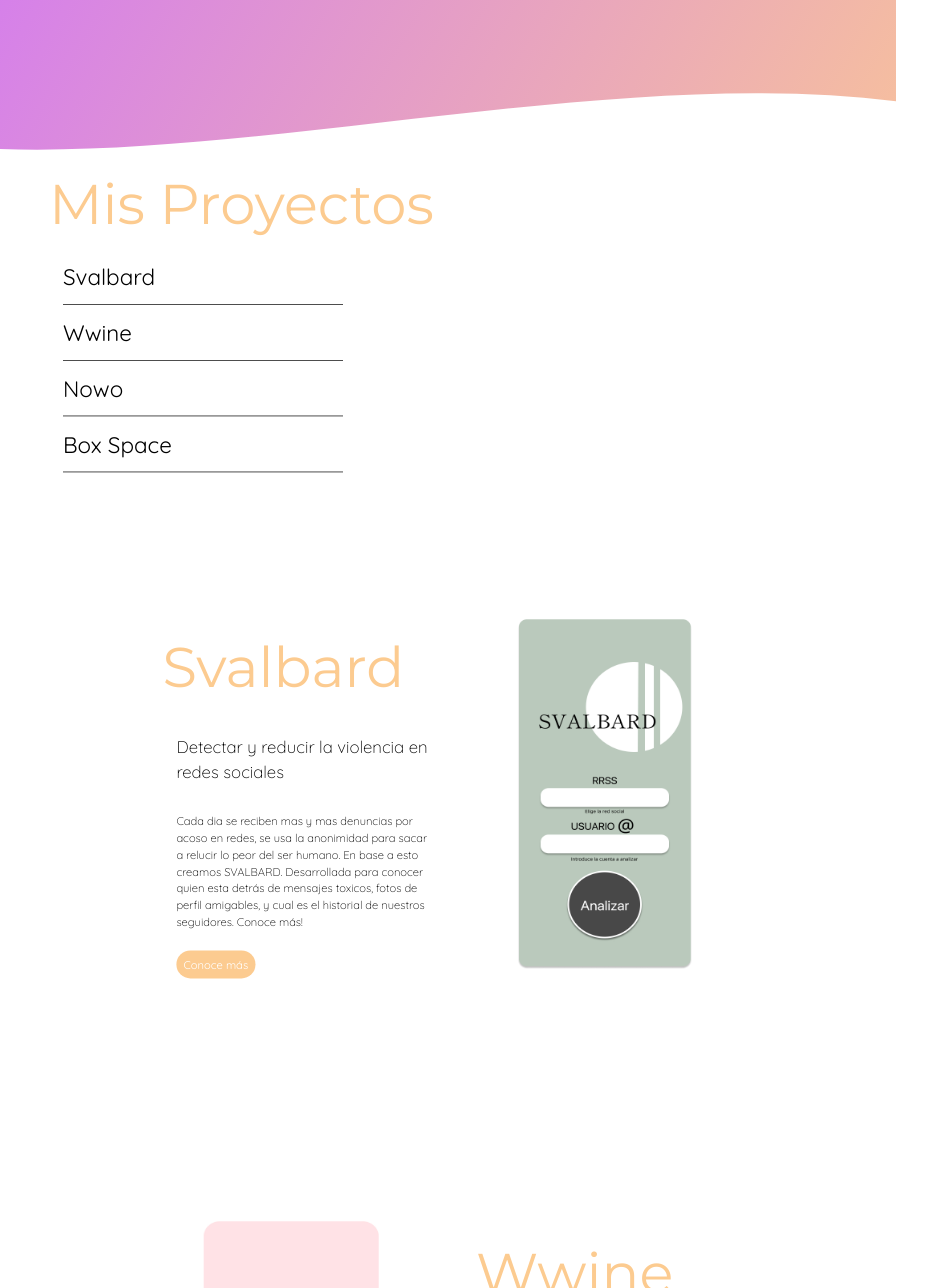
Repository: Marilyncabirta/portfolioHTML
Page: index.html
The author's editor kept a copy of each file at every save. The page is drawn from the files as they stood at one save, then again after the next save.
The browser window is 1280 px wide. The page is 1330 px wide, so the pictures cover 1330 px, including what lies to the right of the window. The pictures show the part of the page from y = 774 to 2614 px (the page is 5182 px tall before and 5168 px after), at 70% of full size.
Backgrounds fixed to the window are drawn as part of the page. Some web libraries are served in a nearby version.

Above is the page before, as saved 2022-12-16 12:17:21.

### index.html
<!DOCTYPE html>
<html lang="es">
<head>
    <meta charset="UTF-8">
    <meta name="viewport" content="width=device-width, initial-scale=1.0">
    <title>Portafolio AlexCG</title>
    <link rel="stylesheet" href="css/normalize.css">
    <link rel="stylesheet" href="css/estilos.css">
    <link rel="preconnect" href="https://fonts.googleapis.com">
<link rel="preconnect" href="https://fonts.gstatic.com" crossorigin>
<link href="https://fonts.googleapis.com/css2?family=Montserrat:wght@100;400;700&family=Quicksand:wght@300;400&display=swap" rel="stylesheet">
</head>


<body>

    <header class="hero">
        <div class="contenedor">
            <nav class="nav">
                <a href="" class="nav__items nav__items--cta">Proyectos</a>
                <a href="" class="nav__items">Sobre mí</a>
                <a href="" class="nav__items">Contáctame</a>
            </nav>

            <section class="hero__contenedor">
                <div class="hero__texts">
                    <h1 class="hero__title">Hola, soy Marilin Cabirta UX/UI designer</h1>
                    <h2 class="hero_subtitle">La necesidad de acercar diseños empáticos al usurio me hicieron querer ser diseñadora UX/UI. Querer emocionar con productos o servicios. Traspasar las pantallas.</h2>
                    <a href="" class="hero_cta">Contáctame</a>
                </div>
                <div class="contenedor_ilustraciones">
                    <img class="hero_image" src="assets/hero1.svg" alt="marilincabirta">
                </div>
            </section>
        </div>
        <div>
            <div class="hero_wave" style= "overflow:hidden;" ><svg viewBox="0 0 500 150" preserveAspectRatio="none" style="height: 100%; width: 100%;"><path d="M-0.56,130.76 C150.00,150.00 349.20,-49.99 503.38,30.10 L500.00,150.00 L0.00,150.00 Z" style="stroke: none; fill: #fff;"></path></svg></div>
        </div>
    </header>

    <main >
        <section class="presentacion__container">
            <h2 class="subtitle">Mis Proyectos</h2>
            <div class="lista">
                <ul>
                    <li><a class="nombres" href="#">Svalbard<a></li>
                        <div class="linea"></div>
                    <li><a class="nombres" href="#">Wwine</a></li>
                        <div class="linea"></div>
                    <li><a class="nombres" href="#">Nowo</a></li>
                        <div class="linea"></div>
                    <li><a class="nombres" href="#">Box Space</a></li>
                        <div class="linea"></div>

                </ul>
            </div>
        </section>

        <section class="about__container">
            <div class="about__texts">
                <h2 class="subtitle">Svalbard</h2>
                <p class="about__paragraph">Detectar y reducir la violencia en redes sociales</p>
                <p class="about__content">Cada dia se reciben mas y mas denuncias por acoso en redes, se usa la anonimidad para sacar a relucir lo peor del ser humano. En base a esto creamos SVALBARD. Desarrollada para conocer quien esta detrás de mensajes toxicos, fotos de perfil amigables, y cual es el historial de nuestros seguidores. Conoce más!</p>
                <a class="about__button" href="">Conoce más</a>
            </div>
            <div class="about__img">
                <img class="about__picture" src="assets/LOG IN.png"   alt="">
            </div>
        </section>

        <section class="about__container">
            <div class="about__img">
                <img src="assets/wwine mockup.jpg" class="about__picture"alt="">
            </div>
            <div class="about__texts">
                <h2 class="subtitle">Wwine</h2>
                <p class="about__paragraph">¿Quién no ha deseado alguna vez poder saber más de un vino antes de comprarlo?</p>
                <p class="about__content">Le damos forma a los deseos de todos los consumidores de vino y desarrollamos este dispositivo para poder conocer las propiedades olfativas de un vino antes de comprarlo. No nos crees? Te contamos más!</p>
                <a class="about__button" href="">Conoce más</a>
            </div>

        </section>

        <section class="about__container">
            <div class="about__texts">
                <h2 class="subtitle">Nowo</h2>
                <p class="about__paragraph">Mejoramos tu forma de viajar</p>
                <p class="about__content">Millones de personas se desplazan todos los días por ocio o por trabajo y su principal carga son las maletas. Venimos a revolucionar el concepto de viajar. Nosotros nos ocupamos de las maletas, ofreciéndote los packs más completos para que nada te falte!</p>
                <a class="about__button" href="">Conoce más</a>
            </div>
            <div class="about__img">
                <img src="assets/Nowo by rebellion 1.jpg" class="about__picture" alt="">
            </div>
        </section>

        <section class="about__container">
            <div class="about__img">
                <img src="assets/mock uo.jpg" class="about__picture" alt="">
            </div>
            <div class="about__texts">
                <h2 class="subtitle">Box Space</h2>
                <p class="about__paragraph">Como conseguimos que haya más usuarios en los parques urbanos?</p>
                <p class="about__content">Esta App fue creada para mejorar la asistencia a los parques urbanos. En un mundo con prisas, acercamos la tecnología y la era digital a aquellos entornos naturales que nos encanta disfrutar, pero que todavía no nos permiten desarrollar todas nuestras facetas diarias cómodamente.Descúbrela!</p>
                <a class="about__button" href="">Conoce más</a>
            </div>

        </section>

    </main>

    <footer class="footer">
        <div container class="container footer__grid">
            <nav class="nav nav--footer">
                <a class="nav_items nav__items--footer" href="">Inicio </a>
                <a class="nav_items nav__items--footer" href="">Sobre mí</a>
                <a class="nav_items nav__items--footer" href="">Proyectos</a>
            </nav>

            <section class="footer__contact">
                <h3 class="footer__title"> Contáctame</h3>
                <div class="footer__icons">
                    <span class="footer__container-icons">
                        <a href="#" class="fab fa-medium footer__icon"></a>
                    </span>
                    <span class="footer__container-icons">
                        <a href="#" class="fab fa-linkedin footer__icon"></a>
                    </span>
                    <span class="footer__container-icons">
                        <a href="#" class="fab fa-mailchimp footer__icon"></a>
                    </span>

                </div>
            </section>



        </div>
    </footer>







    <script src="https://kit.fontawesome.com/b4fd9d412c.js" crossorigin="anonymous"></script>
</body>
</html>

### css/estilos.css

@import url('https://fonts.googleapis.com/css2?family=Montserrat:wght@100;400;700&family=Quicksand:wght@300;400&display=swap');


:root{
    --background:linear-gradient(120deg,#d57feb   0%,#fccb90 100%);
    --color-secondary:#fccb90;
    --color-primary: white;
    --boton-padding: 20px 40px;
}
body{

    font-family: 'Montserrat', sans-serif;
    font-family: 'Quicksand', sans-serif;
}

.hero{
    width: 100%;
    height: 1000px;
    background-image: var(--background);
    background-repeat: no-repeat;
    background-attachment: fixed;
    position: relative;
}

.contenedor{
  padding: 20px 0;

}
.hero__contenedor{
    width: 100%;
    display: grid;
    grid-template-columns: 1fr 1fr ;
    height: 100%;
    justify-content: space-evenly;
    align-items: center;
    padding-bottom: 50px;
    margin: 50px;

}

.subtitle{
    color: var(--color-secondary);
    font-size: 3.5rem;
    margin:0px 0px 20px 60px;
    text-align: left;
}

.contenedor_ilustraciones{
    width: 800px;
    height: auto;
    text-align: center;
    justify-content: center;
}

.hero__texts{
    width: 50%;
    height: inherit;
    color: white;
    margin-top: 20px;
    margin: 0 60px;
}
.hero_image{
    width: 70%
}

.hero_wave{
    position: absolute;
    bottom: 0;
    left: 0;
    height: 100px;
    width: 100%;
}

.nav{
    display: flex;
    justify-content: flex-end;
    height: 80px;
    align-items: right;
    font-weight: 700;
    margin-top: 30px;

}

.nav--footer{
    font-weight: 300;
    justify-content: flex-start;
}

.nav__items{
    color: white;
    text-decoration: none;
    font-size: 32px;
    padding: 20px 15px;
    margin-right: 40px;
    font-weight: inherit;
}

.nav__items--cta{
    border: 2px solid white;
    border-radius: 40px;
}

.nav__items:hover{
    text-decoration: underline;
}
.nav__items--footer{
    padding: 10px;
}



.hero_cta{
    display: inline-block;
    font-size: 24px;
    background-color: var(--color-primary);
    color: #fccb90;
    padding: 20px 40px;
    margin-top: 30px;
    border-radius: 40px;
    text-align: center;
    justify-content: center;
}

.hero__texts{
    width: 90%;
    margin: 40px;
}

.hero__title{
    font-size: 60px;
    margin-top: 80px;

}

.hero__subtitle{
    font-size: 2rem;
    font-weight: 400;
    margin: 20px 0;
}

/* presentacion proyectos */



.presentacion__container{
    width: 60%;
    height: auto;
    padding-top: 0;
    text-align: center;
    text-decoration: none;
    margin-left: 50px;
}

.subtitle{
    font-size: 56px;
    color:var(--color-secondary);
    padding-bottom: 10px;
    font-weight: 700;
}

.presentacion__container li{
    font-size: 32px;
    margin-top: 10px;
    padding: 10px 0;
    text-decoration: none;
}

.lista li{
 text-decoration: none;
 list-style: none;
 text-align: left;

}

.lista a{
    text-decoration: none;
    color: black;

}

.lista li:hover{
    font-size: 3.5rem;
    transition: 1s;
}

.lista div{
    border-top: 1px solid black;
    height: 2px;
    max-width: 400px;
    padding: 0;
    margin: 10px 0 auto 0;

}

.about__container{
    width: 70%;
    min-height: 800px;
    max-width: 1300px;
    height: auto;
    display: grid;
    grid-template-columns: 1fr 1fr ;
    margin: 60px auto;
    background-color: var(--color-primary);
    align-items: center;

}

.about__texts{
    width: 100%;
    justify-content: center;
    text-align: left;
    margin: 20px;

}
.about__img{

    justify-content: center;
    text-align: center;
    margin: 20px;

}

.subtitle{
    font-size: 80px;
    font-family: "Montserrat";
    font-weight: 400;
    margin: 20px;

}



.about__picture{
    width: 250px;
    height: 500px;
    max-height: 800px;
}

.about__paragraph{
    margin: 40px 40px;
    line-height: 1.5;
    font-weight: 300;
    font-size: 24px;
}

.about__content{
    font-size: 16px;
    margin: 40px 40px;
    text-align: left;
    line-height: 1.5;
    font-weight: 300;
}

.about__button{
    margin: 60px 40px;
    padding: 10px 10px;
    background-color:var(--color-secondary);
    color: white;
    border-radius: 20px;
    text-align: center;
    text-decoration: none;
}

/* footer */

.footer{
    background:var(--background);
    padding-bottom: 40px;



}

.footer__grid{
    display: grid;
    grid-template-columns: 3fr 2fr;
    gap: 20px;
    align-items: center;
    margin: 40px;
}

.nav_items{
    text-decoration: none;
    color: white;
    font-size: 20px;
    margin:0 0 0 10px;
}

.footer__title{
    font-weight: 400;
    color: white;
    font-size:2rem ;
    margin-bottom: 20px;
    text-align: center;
}

.footer__icons{
    display: flex;
    justify-content: space-evenly;
    font-size: 32px;
}

.footer__container-icons{
    display: inline-block;
    width: 60px;
    height: 60px;
    color: white;
    text-align: center;
    border: 1px solid white;
    border-radius: 50%;

}

.footer__icon{
    color: white;
    text-decoration: none;
    font-size: 30px;

}

.fab.footer__icon{
line-height: 60px;
text-decoration: underline;
}


/* responsive design */

@media screen and (max-width:800px){
        :root{
            --botton-padding:18px 40px;
        }

        .nav{
            justify-content:space-between
        }
        .nav__items--cta{
            border: none;
        }

        .nav__items{
            color: white;
            text-decoration: none;
            font-size: 24px;
            padding: 10px 20px;
            margin-right: 60px;
            font-weight: inherit;
        }

        .nav__items--footer{
            border: none;
        }
        .hero{
            width: 100%;
        }

        .hero__texts{
            width: 90%;
            margin-bottom: 50px;
        }
        .hero__title{
            font-size: 2.5rem;
            margin-bottom: 20px;
        }

        .hero__subtitle{
            font-size: 1.5rem;
        }

        .hero{
            width: 100%;
            height: 800px;
            background-image: var(--background);
            background-repeat: no-repeat;
            background-attachment: fixed;
            position: relative;
        }

        .about__container{
            width: 100%;
            min-height: 600px;
        }
        .about__texts{
            width: 100%;
            justify-content: center;
            text-align: center;
            margin: 60px 0px;

        }

        .hero_image{
            width: 70%;
        }

        .presentacion__container{
            width: 80%;
        }

         .about__img{
            width: auto;
            text-align: center;
        }
    .footer{
        width: 100%;
    }
}


@media screen and (max-width:500px){

    :root{
        --botton-padding:15px 20px;
    }

    .hero{
        width: 100%;
        height: auto;
        position: relative;
    }
    .hero__contenedor{
        width: 100%;
        display: grid;
        grid-template-columns: 1fr;
        height: 100%;
        justify-content: center;
        align-items: center;
        padding-bottom: 80px;

    }
    .nav{
        flex-wrap: nowrap;
        justify-content: space-evenly;
        margin-top: 10px;

    }
    .nav__items--cta{
        border: none;
    }

    .nav__items{
        color: white;
        text-decoration: none;
        font-size: 20px;
        padding: 10px 20px;
        margin-right: 20px;

    }

    .nav__items--footer{
        border: none;
    }


    .hero__texts{
        margin-bottom: 50px;
        text-align: center;
    }
    .hero__title{
        font-size: 2rem;
        margin-bottom: 20px;
    }

    .hero__subtitle{
        font-size: 2rem;
        margin-bottom: 20px;
    }


    /* about */

    .subtitle{
        font-size: 2.5rem;
    }
    .about__paragraph{
        margin: 10px 10px;
        line-height: 1.5;
        font-weight: 300;
        font-size: 16px;
        text-align: left;
    }

    .about__content{
        font-size: 16px;
        margin: 10px 10px 40px 10px ;
        text-align: left;
        line-height: 1.5;
        font-weight: 300;
    }

    .nombres{
        font-size: 24px;
    }

    .about__container{
        width: 80%;
        min-height: 600px;
        height: auto;
        display: grid;
        margin: 20px auto;
        background-color: var(--color-primary);
        align-items: center;
     }

     .about__picture{
        width: 140px;
        height: 300px;
        max-height: 800px;

    }
     .contenedor_ilustraciones{
        width: 100%;
        height: auto;
        text-align: center;
        justify-content: center;
    }

    .about__texts:nth-child(2), :nth-child(4){
        grid-row: 1/2;
     }

     /* Footer */
     }

Loaded but not shown: css/normalize.css (library)

After the next save:
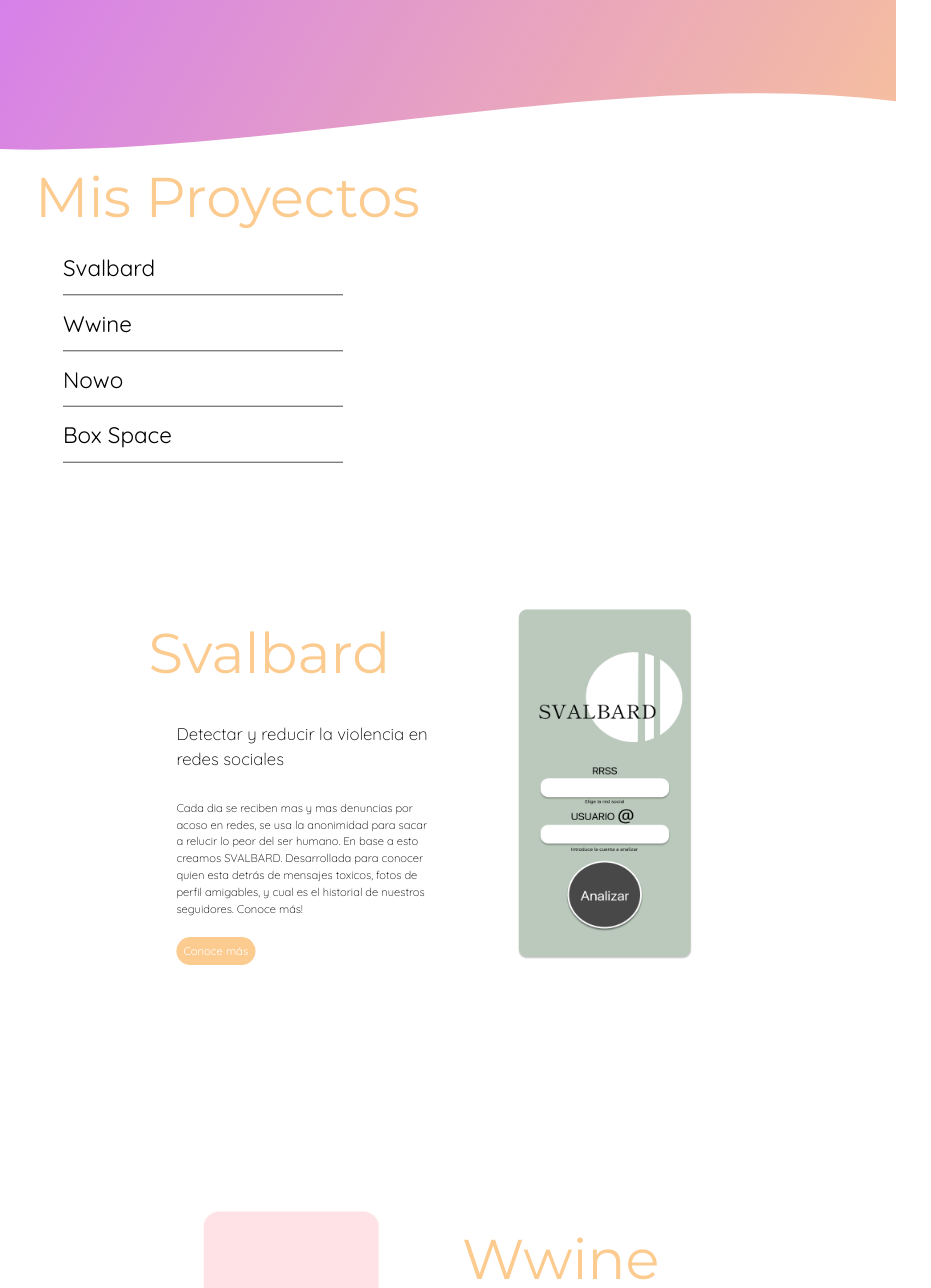
Saved 50 s later.
--- a/css/estilos.css
+++ b/css/estilos.css
@@ -214,8 +214,7 @@ body{
 
 }
 .about__img{
-
-    justify-content: center;
+     justify-content: center;
     text-align: center;
     margin: 20px;
 
@@ -225,7 +224,7 @@ body{
     font-size: 80px;
     font-family: "Montserrat";
     font-weight: 400;
-    margin: 20px;
+    margin: 10px auto;
 
 }
 
